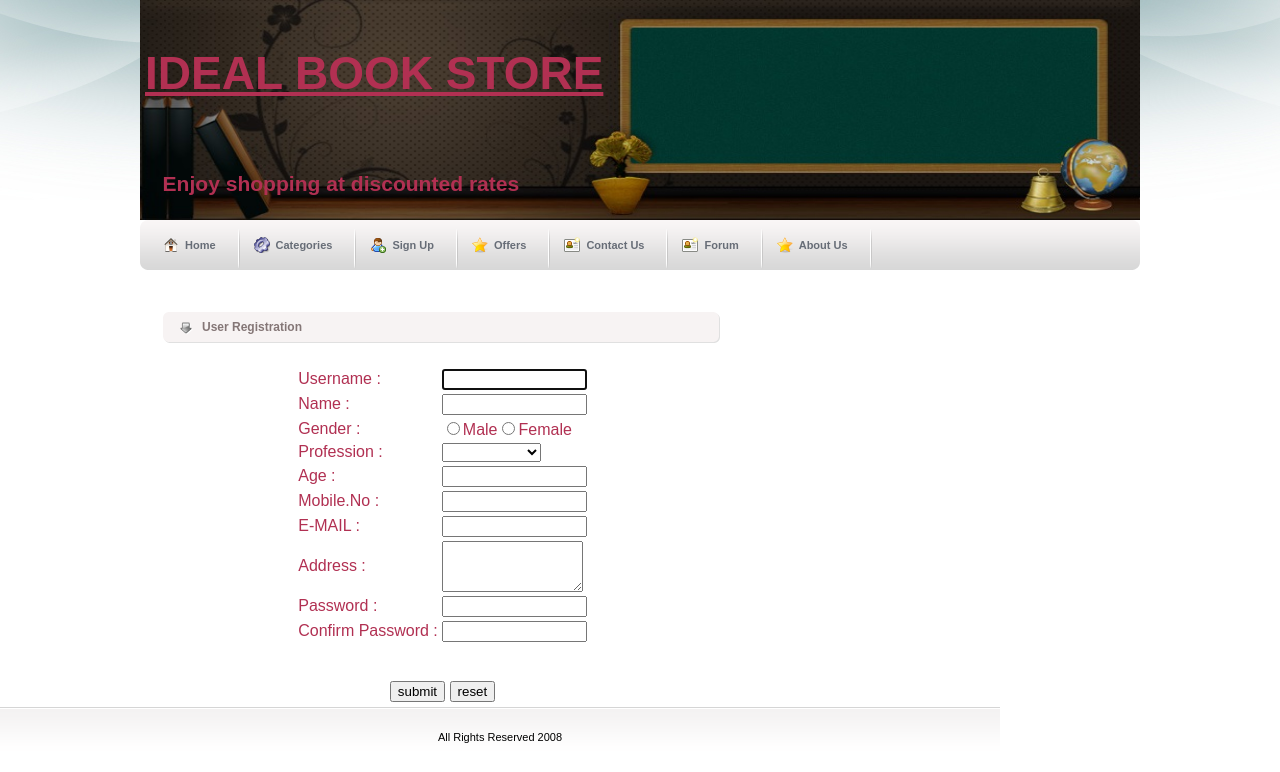
Repository: tusharjain887/Online-Book-Sales
Page: PROJECT/workspace/workspace/OnlineBook/WebContent/registration.html
The author's editor kept a copy of each file at every save. The page is drawn from the files as they stood at one save, then again after the next save.
The browser window is 1280 px wide. The pictures show the whole page.

Above is the page before, as saved 2013-04-08 18:30:53.

### PROJECT/workspace/workspace/OnlineBook/WebContent/registration.html

<!DOCTYPE html PUBLIC "-//W3C//DTD XHTML 1.0 Transitional//EN" "http://www.w3.org/TR/xhtml1/DTD/xhtml1-transitional.dtd">
<html xmlns="http://www.w3.org/1999/xhtml">
<head>
<title>Sign Up</title>
<meta http-equiv="Content-Type" content="text/html; charset=windows-1252" />
<link rel="stylesheet" type="text/css" href="style.css" />
<!--[if IE 6]>
<link rel="stylesheet" type="text/css" href="iecss.css" />
<![endif]-->
<script type="text/javascript" src="js/boxOver.js"></script>

<script type="text/javascript">
function formValidation()
{
var uid = document.myForm.username;
var uname = document.myForm.name;
var umsex = document.myForm.gender;
var pro = document.myForm.pro;
var age = document.myForm.age;
var phone = document.myForm.phone1;
var uemail = document.myForm.email;
var uadd = document.myForm.address;
var cpass = document.myForm.password
var passid = document.myForm.password;

if(userid_validation(uid))
{
if(allLetter(uname))
{
if(sex_validation(umsex))
{
if(passid_validation(passid,7,12))
{
if(alphanumeric(uadd))
{
if(countryselect(ucountry))
{
if(allnumeric(uzip))
{
if(ValidateEmail(uemail))
{
}
}
}
}
}
}
}
}
return false;

}

function userid_validation(uid)
{
var uid_len = uid.value.length;
if (uid_len == 0)
{
alert("User Id should not be empty");
uid.focus();
return false;
}
return true;
}

function allLetter(uname)
{
var letters = /^[A-Za-z]+$/;
if(uname.value.match(letters))
{
return true;
}
else
{
alert('Username must have alphabet characters only');
uname.focus();
return false;
}
}

function sex_validation(umsex)
{
var len = umsex.value.length;
if (len == 0)
{
alert("Select gender should not be empty");
umsex.focus();
return false;
}
return true;
}

function proselect(pro)
{
if(pro.value == "Default")
{
alert('Select your profession from the list');
ucountry.focus();
return false;
}
else
{
return true;
}
}




function passid_validation(passid,mx,my)
{
var passid_len = passid.value.length;
if (passid_len == 0 ||passid_len >= my || passid_len < mx)
{
alert("Password should not be empty / length be between "+mx+" to "+my);
passid.focus();
return false;
}
return true;
}
function alphanumeric(uadd)
{
var letters = /^[0-9a-zA-Z]+$/;
if(uadd.value.match(letters))
{
return true;
}
else
{
alert('User address must have alphanumeric characters only');
uadd.focus();
return false;
}
}
function allnumeric(uzip)
{
var numbers = /^[0-9]+$/;
if(uzip.value.match(numbers))
{
return true;
}
else
{
alert('ZIP code must have numeric characters only');
uzip.focus();
return false;
}
}
function ValidateEmail(uemail)
{
var mailformat = /^\w+([\.-]?\w+)*@\w+([\.-]?\w+)*(\.\w{2,3})+$/;
if(uemail.value.match(mailformat))
{
return true;
}
else
{
alert("You have entered an invalid email address!");
return false;
}
}

function validsex(umsex,ufsex)
{
x=0;

if(umsex.checked)
{
x++;
}
if(ufsex.checked)
{
x++;
}

if (x==2)
{
alert('Both Male/Female are checked');
ufsex.checked=false
umsex.checked=false
umsex.focus();
return false;
}

if(x==0)
{
alert('Select Male/Female');
umsex.focus();
return false;
}
else
{
alert('Form Succesfully Submitted');
window.location.reload()
return true;
}
}
</script>
</head>
<body onLoad="document.myForm.username.focus();">
<div id="main_container">

  <div id="header">
	<div class="leftcontent"><h1><u>IDEAL BOOK STORE</u></h1></div>
    <div class="leftdowncontent"><h3>&nbsp&nbsp&nbspEnjoy shopping at discounted rates</h3></div>

  </div>

  <div id="main_content">
    <div id="menu_tab">
      <div class="left_menu_corner"></div>
      <ul class="menu">
        <li><a href="index.jsp" class="nav1"> Home</a></li>
        <li class="divider"></li>
        <li><a href="categories.jsp" class="nav2">Categories</a></li>
        <li class="divider"></li>
        <li><a href="registration.html" class="nav4">Sign Up</a></li>
        <li class="divider"></li>
        <li><a href="news.jsp" class="nav3">Offers</a></li>
        <li class="divider"></li>
        <li><a href="contact.jsp" class="nav6">Contact Us</a></li>
        <li class="divider"></li>
        <li><a href="forum.jsp" class="nav6">Forum</a></li>
        <li class="divider"></li>
        <li><a href="aboutus.jsp" class="nav3">About Us</a></li>
        <li class="divider"></li>

      </ul>
      <div class="right_menu_corner"></div>
    </div>
    <!-- end of menu tab -->
    <div class="left_content">
     <br><br><br>

      </div>


    <!-- end of left content -->
     <br><br><br>
    </div>
    <!-- end of left content -->
    <div class="center_content">
      <div class="center_title_bar">User Registration</div>
      <div style="font-size:16px;color:#B13052;">
      <form name="myForm" action="registration.jsp" method="post">
      <center>
<table>
<br><br>

<h3>
<tr>
<td style="margin-bottom: 5px;">Username        : </td>
<td style="margin-bottom: 5px;"><input type=text name="username" size=15></td>
</tr>
<tr>
<td style="margin-bottom: 5px;">Name         : </td>
<td style="margin-bottom: 5px;"><input type=text name="name" size=15></td>
</tr>
<tr>
<td style="margin-bottom: 5px;">Gender               :</td>
<td style="margin-bottom: 5px;"><input type="radio" name="gender" value="male" /><span>Male</span><input type="radio" name="gender" value="female" /><span>Female</span></td>
</tr>
<tr>
<td style="margin-bottom: 5px;">Profession        : </td>
<td style="margin-bottom: 5px;"><select name="pro">
<option value=None>
<option value=Student>Student
<option value=Business>Business
<option value=Govt. Employee>Govt.Employ
<option value=Pvt.Employee>Pvt.Employ</select></td>
</tr>
<tr>
<td style="margin-bottom: 5px;">Age               :</td>
<td style="margin-bottom: 5px;"><input type=text name="age"size=15></td>
</tr>
<tr>
<td style="margin-bottom: 5px;">Mobile.No         :</td>
<td style="margin-bottom: 5px;"><input type=text name="phone1" size=15></td>
</tr>
<tr>
<td style="margin-bottom: 5px;">E-MAIL            :</td>
<td style="margin-bottom: 5px;"><input type=text name="email" size=15></td>
</tr>
<tr>
<td style="margin-bottom: 5px;">Address          : </td>
<td style="margin-bottom: 5px;"><textarea rows=3 cols=15 name="address" size=15></textarea></td>
</tr>
<tr>
<td style="margin-bottom: 5px;">Password          : </td>
<td style="margin-bottom: 5px;"><input type=password name="pwd" size=15></td>
</tr>
<tr>
<td style="margin-bottom: 5px;">Confirm Password  : </td>
<td style="margin-bottom: 5px;"><input type=password name="pwd1" size=15></td>
</tr></h3>
</table>
<br><br>


<input type=submit value="submit">
<input type=reset value="reset">
</center>
</form>
</div>
    </div>
    <!-- end of center content -->
    <div class="right_content">
     <br><br><br>
    </div>
    <!-- end of right content -->
  </div>
  <!-- end of main content -->
  <div class="footer">
    <br><br>
    <center> All Rights Reserved 2008</center>
      </div>

<!-- end of main_container -->
</body>
</html>

### PROJECT/workspace/workspace/OnlineBook/WebContent/style.css
body
{
background:url(images/bg.jpg) no-repeat #fff center top;
padding:0;
font-family:Arial, Helvetica, sans-serif;
font-size:11px;
margin:0px auto auto auto;
color:#000;
}
p{
padding:2px;
margin:0px;
}
#main_container{
width:1000px;
height:auto;
margin:auto;
padding:0px;
}
.top_bar{
width:1000px;
height:38px;
background-color:#4a4a4a;
}
.top_search{
width:370px;
height:32px;
margin:0px 20px 0 0;
_margin:0px 10px 0 0;
float:right;
background:url(images/top_search_bg.gif) no-repeat center;
}
input.search_input{
width:182px;
height:18px;
float:left;
margin:5px 0 0 0 ;
border:1px solid #dbdbdb;
border-bottom-color:#ffffff;
border-right-color:#ffffff;
}
.search_text{
float:left;
width:110px;
padding:8px 0 0 15px;
color:#999999;
}
.search_text a{
text-decoration:none;
color:#999999;
}
.search_bt{
float:left;
padding:2px 0 0 15px;
}
.languages{
float:right;
width:150px;
padding:8px 0 0 0;
}
.lang_text{
float:left;
padding:0 5px 0 0;
color:#b3adad;
}
a.lang{
display:block;
float:left;
padding:0 5px 0 5px;
}
#header{
width:1000px;
height:220px;
background:url(images/header_background.jpg) no-repeat center;
background-position:0px 0px;
background-size:1000px 220px;
margin=0;
}
.leftcontent{
	padding:15px 0px 15px 5px;
	font-size:23px;
	color: #B13052;
}
.leftdowncontent{
	padding:5px 0px 15px 5px;
	font-size:18px;
	color: #B13052;
}
.logout{
	float:right;
	font-size:14px;
	color: #fff;
}
.logout a,.logout a:hover {
	color: aqua;
}

}
#logo{
padding:15px;
}
#templatemo_header {
	clear: both;
	width: 1000px;
	height: 200px;
	padding: 0;
	margin: 0;
	background: url(images/templatemo_header_bg.jpg) no-repeat;
}

#templatemo_header a,a:hover {
	color: #000;
}

#templatemo_header #templatemo_special_offers {
	float: left;
	font-size: 14px;
	margin-top: 95px;
	margin-left: 490px;
	width: 180px;
}

#templatemo_special_offers a {
	font-size: 12px;
}

#templatemo_special_offers  p {
	margin: 0 0 20px 0;
}
#templatemo_special_offers p span {
	font-size: 18px;
}

#templatemo_header #templatemo_new_books {
	float: left;
	margin-top: 90px;
	margin-left: 55px;
	width: 180px;
}

#templatemo_new_books ul {
	 margin: 0 0 10px 0;
	 padding: 0 0 0 20px;
}

#templatemo_new_books li {
	 margin: 0;
	 padding: 0;
}

/*------------------------------oferte_content-----------------------*/
.oferte_content{
width:600px;
height:264px;
float:left;
padding:0 0 0 50px;
}
.top_divider{
float:left;
width:1px;
height:164px;
}
.oferta{
width:538px;
float:left;
padding:15px 30px 0 30px;
}
.oferta_img{
float:left;
padding:0 0 10px 0;
}
.oferta_title{
font-size:15px;
color:#b72c24;
font-weight:bold;
}
.oferta_details{
width:400px;
float:left;
padding:0 0 0 30px;
}
.oferta_text{
padding:5px 0 5px 0;
font-size:12px;
color:#FFFFFF;
text-align:justify;
line-height:15px;
}
a.details{
width:83px;
height:21px;
display:block;
float:right;
margin:5px 0 0 0;
padding-left:5px;
background:url(images/details_bt_bg.gif) no-repeat center;
text-align:center;
line-height:21px;
text-decoration:none;
color:#000000;
}
/*---------------------oferta_pagination-----------------------------*/

div.oferta_pagination {
clear:both;
padding:10px 0 0 0;
_padding:0px 0 0 0;
margin:5px;
text-align:center;
float:left;
font-size:10px;
}

div.oferta_pagination a {
width:22px;
height:22px;
display:block;
float:left;
margin:0 0 0 5px;
_margin:0 0 0 3px;
line-height:23px;
text-align:center;
background:url(images/pag_bg.gif) no-repeat center;
text-decoration:none;
color:#9d8b8b;
}
div.oferta_pagination a:hover, div.pagination a:active {
width:22px;
height:22px;
display:block;
float:left;
line-height:23px;
text-align:center;
background:url(images/pag_bg_a.gif) no-repeat center;
text-decoration:none;
color:#ad1614;
}
div.oferta_pagination span.current {
width:22px;
height:22px;
display:block;
float:left;
line-height:23px;
text-align:center;
background:url(images/pag_bg_a.gif) no-repeat center;
text-decoration:none;
color:#ad1614;
}
#main_content{
clear:both;
}
/*---------------- menu tab----------------------*/
#menu_tab{
width:1000px;
height:50px;
background-color:#fff;
}
.left_menu_corner{
width:9px;
height:50px;
float:left;
background:url(images/menu_left.gif) no-repeat center;
}
.right_menu_corner{
width:9px;
height:50px;
float:left;
background:url(images/menu_right.gif) no-repeat center;
}
ul.menu {
list-style-type:none; float:left; display:block; width:982px;
margin:0px; padding:0px;background:url(images/menu_bg.gif) repeat-x;}

ul.menu li {
display:inline;
font-size:11px;
font-weight:bold;
line-height:50px;
}
ul.menu li.divider {
display:inline;
width:2px;
height:50px;
float:left;
background:url(images/menu_divider.gif) no-repeat center;
}

a.nav1:link, a.nav1:visited {
display:block; float:left; padding:0px 8px 0px 22px; margin:0 14px 0 14px;height:50px;text-decoration:none; background:url(images/home.png) no-repeat left; color:#676d77;}
a.nav2:link, a.nav2:visited {
display:block; float:left; padding:0px 8px 0px 22px; margin:0 14px 0 14px;height:50px;text-decoration:none; background:url(images/services.png) no-repeat left; color:#676d77;}
a.nav3:link, a.nav3:visited {
display:block; float:left; padding:0px 8px 0px 22px; margin:0 14px 0 14px;height:50px;text-decoration:none; background:url(images/favs.png) no-repeat left; color:#676d77;}
a.nav4:link, a.nav4:visited {
display:block; float:left; padding:0px 8px 0px 22px; margin:0 14px 0 14px;height:50px;text-decoration:none; background:url(images/user_add.png) no-repeat left; color:#676d77;}
a.nav5:link, a.nav5:visited {
display:block; float:left; padding:0px 8px 0px 22px; margin:0 14px 0 14px;height:50px;text-decoration:none; background:url(images/car.png) no-repeat left; color:#676d77;}
a.nav6:link, a.nav6:visited {
display:block; float:left; padding:0px 8px 0px 22px; margin:0 14px 0 14px;height:50px;text-decoration:none; background:url(images/contact-new.png) no-repeat left; color:#676d77;}

a.nav1:hover, a.nav2:hover, a.nav3:hover, a.nav4:hover, a.nav5:hover, a.nav6:hover {
color:#333333;}


li.currencies{
width:180px;
float:left;
padding:0 0 0 15px;
_padding:12px 0 0 15px;
color:#676d77;
font-size:11px;
font-weight:bold;
}
/*----------------crumb_navigation-------------*/
.crumb_navigation{
width:980px;
height:15px;
padding:5px 10px 0 20px;
color:#333333;
background:url(images/navbullet.png) no-repeat left;
background-position:5px 6px;
}
.crumb_navigation a{
color:#0fa0dd;
text-decoration:underline;
}
span.current{
color:#0fa0dd;
}

/*-------------left_content------------------*/
.left_content{
width:196px;
float:left;
}
.title_box{
width:196px;
height:30px;
margin:5px 0 0 0;
background:url(images/menu_title_bg.gif) no-repeat center;
text-align:center;
font-size:13px;
font-weight:bold;
color:#fff;
line-height:30px;
}
/*--------left menu---------*/
ul.left_menu{
width:196px;
padding:0px;
margin:0px;
list-style:none;
}
ul.left_menu li{
margin:0px;
list-style:none;
}
ul.left_menu li.odd a{
width:166px;height:25px;display:block;background:url(images/checked.png) no-repeat left #dad0d0; background-position:5px 5px;border-bottom:1px #FFFFFF solid;
text-decoration:none;color:#504b4b;padding:0 0 0 30px; line-height:25px;
}
ul.left_menu li.even a{
width:166px;height:25px;display:block;background:url(images/checked.png) no-repeat left #eee6e6;background-position:5px 5px;border-bottom:1px #FFFFFF solid;
text-decoration:none;color:#504b4b;padding:0 0 0 30px; line-height:25px;
}
ul.left_menu li.even a:hover, ul.left_menu li.odd a:hover{
background:url(images/checked.png) no-repeat left #7bbcc7; color:#FFFFFF;background-position:5px 5px;
}

.border_box{
width:194px;
height:auto;
text-align:center;
border:1px #6da6b1 solid;
}
.product_title{
color:#ea2222;
padding:5px 0 5px 0;
font-weight:bold;
}
.product_title a{
text-decoration:none;
color:#ea2222;
padding:5px 0 5px 0;
font-weight:bold;
}
.product_title a:hover{
color:#064E5A;
}
.product_img{
padding:5px 0 5px 0;
}
.prod_price{
padding:5px 0 5px 0;
}
span.reduce{
color:#ea2222;
text-decoration:line-through;
}
span.price{
color:#ea2222;
}
/*----------newsletter--------------*/
input.newsletter_input{
width:160px;
height:16px;
border:1px #ddd9d9 solid;
margin:10px 0 5px 0;
font-size:12px;
padding:3px;
color:#999999;
}
a.join{
width:17px;
display:block;
margin:5px 0 5px 140px;
_margin:5px 0 5px 130px;
background:url(images/blue-add.png) no-repeat left;
padding:0 0 0 20px;
text-decoration:none;
color:#1c4a52;
}
.banner_adds{
width:194px;
text-align:center;
padding:10px 0 10px 0;
}

/*center content--------------------------*/
.center_content{
width:585px;
float:left;
padding:5px 10px;
}
.center_title_bar{
width:520px;
height:33px;
float:left;
padding:0 0 0 40px;
margin:0 0 0 12px;
_margin:0 0 0 6px;
line-height:33px;
font-size:12px;
color:#847676;
font-weight:bold;
background:url(images/bar_bg.gif) no-repeat center;
}

/*----------------------right content--------------*/
.right_content{
width:196px;
float:left;
padding:5px 0 0 0;
}
.shopping_cart{
width:195px;
height:84px;
text-align:center;
background:url(images/cart_bg.gif) no-repeat center;
}
.cart_title{
font-size:12px;
font-size:12px;
color:#847676;
font-weight:bold;
padding:8px 0 0 0;
}
.cart_details{
width:115px;
float:left;
padding:5px 0 0 15px;
text-align:left;
}
.cart_icon{
float:left;
padding:5px 0 0 5px;
}
span.border_cart{
width:100px;
height:1px;
margin:3px 0 3px 0;
display:block;
border-top:1px #999999 dashed;
}
/*---------prod_box----------*/
.prod_box{
width:173px;
height:auto;
float:left;
padding:10px 10px 10px 11px;
}
.top_prod_box{
width:173px;height:12px;background:url(images/product_box_top.gif) no-repeat center bottom;float:left; padding:0px; margin:0px;
}
.bottom_prod_box{
width:173px;height:10px;background:url(images/product_box_bottom.gif) no-repeat center top;float:left;padding:0px; margin:0px;
}
.center_prod_box{
width:173px;height: auto;background:url(images/product_box_center.gif) repeat-y;float:left; text-align:center;padding:0px; margin:0px;
}
.prod_details_tab{
width:173px;
height:31px;
float:left;
background:url(images/products_details_bg.gif) no-repeat center;
margin:3px 0 0 0;
}
img.left_bt{
float:left;
padding:6px 0 0 6px;
}
a.prod_details{
width:25px;
display:block;
float:left;
background:url(images/square-blue-add.gif) no-repeat left;
padding:0 0 0 20px;
margin:7px 0 0 38px;
_margin:6px 0 0 35px;
text-decoration:none;
color:#0fa0dd;
}
/*---------prod_box_big----------*/
.prod_box_big{
width:554px;
height:auto;
float:left;
padding:10px 10px 10px 15px;
}
.top_prod_box_big{
width:554px;height:12px;background:url(images/details_box_top.gif) no-repeat center bottom;float:left; padding:0px; margin:0px;
}
.bottom_prod_box_big{
width:554px;height:12px;background:url(images/details_box_bottom.gif) no-repeat center top;float:left;padding:0px; margin:0px;
}
.center_prod_box_big{
width:554px;height: auto;background:url(images/details_box_center.gif) repeat-y;float:left; text-align:center;padding:0px; margin:0px;
}
.product_img_big{
width:170px;
padding:5px 0 5px 10px;
float:left;
}
.details_big_box{
width:345px;
float:left;
padding:0 0 0 15px;
text-align:left;
}
.product_title_big{
color:#ea2222;
padding:5px 0 5px 0;
font-weight:bold;
font-size:14px;
}
.specifications{
font-size:12px;
font-weight:bold;
line-height:18px;
}
.thumbs{
padding:8px 5px 8px 5px;
border:1px #DFD1D1 solid;
margin:3px 0 0 0;
}
.thumbs a{
padding:3px;
}
.prod_price_big{
padding:5px 0 5px 0;
font-size:16px;
}
span.reduce{
color:#ea2222;

}
span.price{
color:#ea2222;
}
a.addtocart{
width:76px;
height:27px;
display:block;
float:left;
background:url(images/addtocart.gif) no-repeat left;
padding:0 0 0 33px;
text-decoration:none;
line-height:27px;
color:#1c4a52;
}
a.compare{
width:76px;
height:27px;
display:block;
float:left;
margin:0 0 0 10px;
background:url(images/compare.gif) no-repeat left;
padding:0 0 0 33px;
text-decoration:none;
line-height:27px;
color:#1c4a52;
}
span.blue{
color:#5F9FAB;
}
/*---------------contact_form------------------*/
.contact_form{
width:355px;
float:left;
padding:0px 0 0 75px;
}
.form_row{
width:335px;
clear:both;
padding:10px 0 10px 0;
_padding:5px 0 5px 0;
color:#a53d17;
}
label.contact{
width:75px;
float:left;
font-size:12px;
text-align:right;
padding:4px 5px 0 0;
color: #333333;
}
input.contact_input{
width:253px;
height:18px;
background-color:#fff;
color:#999999;
border:1px #DFDFDF solid;
float:left;
}
textarea.contact_textarea{
width:253px;
height:50px;
font-family:Arial, Helvetica, sans-serif;
font-size:12px;
color: #999999;
background-color:#fff;
border:1px #DFDFDF solid;
float:left;
}
a.contact{
width:99px;
height:27px;
display:block;
float:right;
margin:0 0 0 10px;
background:url(images/contact_bt.gif) no-repeat left;
padding:0 0 0 10px;
text-decoration:none;
line-height:27px;
color:#1c4a52;
}
/*--------------footer----------------*/
.footer{
width:1000px;
clear:both;
height:65px;
background:url(images/footer_bg.gif) repeat-x top;
}
.left_footer{
float:left;
width:300px;
padding:5px 0 0 10px;
}
.right_footer{
float:right;
padding:15px 30px 0 0;
}
.right_footer a{
padding:0 0 0 7px;
text-decoration:none;
color: #666666;
}
.right_footer a:hover{
text-decoration:underline;
}

.center_footer{
float:left;
width:200px;
text-align:center;
color:#666666;
padding:10px 0 0 60px;
}

Loaded but not shown: PROJECT/workspace/workspace/OnlineBook/WebContent/js/boxOver.js (369 lines, source omitted)

After the next save:
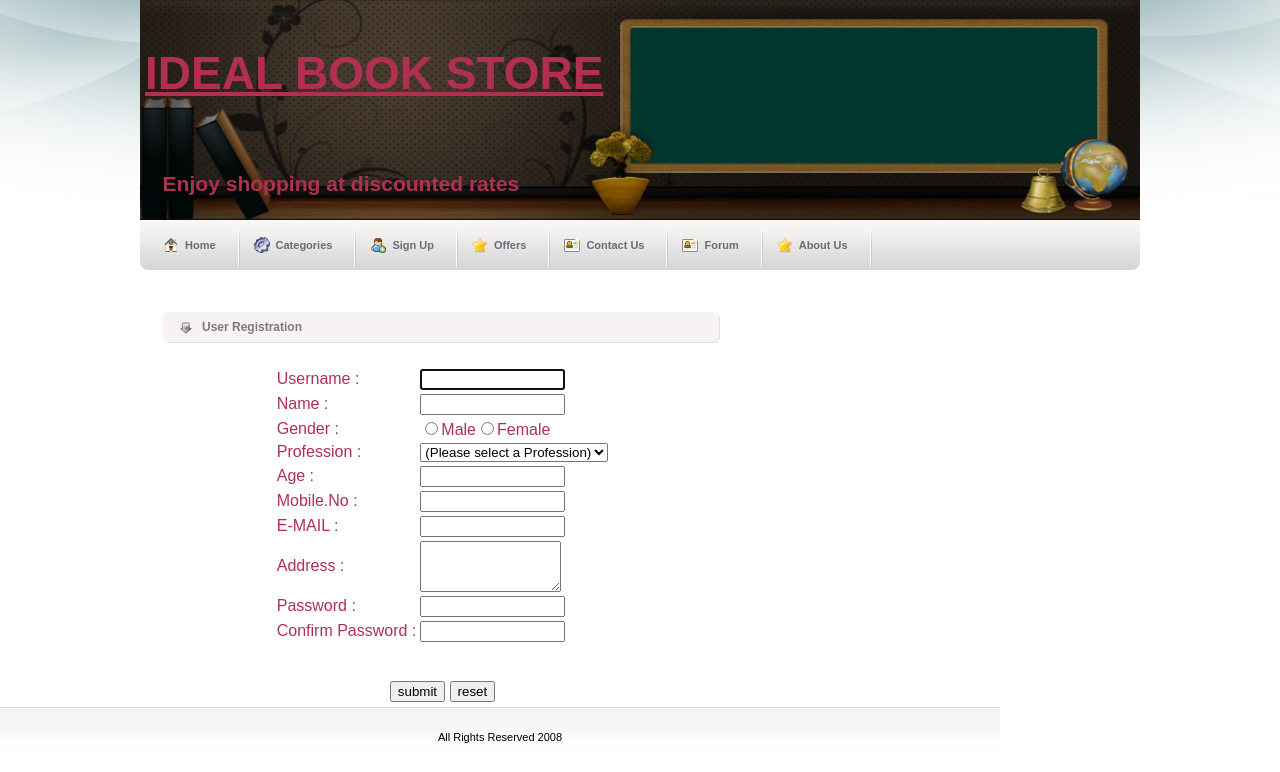
Saved 2 min 54 s later.
--- a/PROJECT/workspace/workspace/OnlineBook/WebContent/registration.html
+++ b/PROJECT/workspace/workspace/OnlineBook/WebContent/registration.html
@@ -30,11 +30,11 @@ if(allLetter(uname))
 {
 if(sex_validation(umsex))
 {
+if(proselect(pro))
+{
 if(passid_validation(passid,7,12))
 {
 if(alphanumeric(uadd))
-{
-if(countryselect(ucountry))
 {
 if(allnumeric(uzip))
 {
@@ -264,11 +264,12 @@ return true;
 <tr>
 <td style="margin-bottom: 5px;">Profession        : </td>
 <td style="margin-bottom: 5px;"><select name="pro">
-<option value=None>
-<option value=Student>Student
-<option value=Business>Business
-<option value=Govt. Employee>Govt.Employ
-<option value=Pvt.Employee>Pvt.Employ</select></td>
+<option selected="" value="Default">(Please select a Profession)</option>
+<option value=Student>Student</option>
+<option value=Business>Business</option>
+<option value=Govt. Employee>Govt.Employ</option>
+<option value=Pvt.Employee>Pvt.Employ</option>
+</select></td>
 </tr>
 <tr>
 <td style="margin-bottom: 5px;">Age               :</td>
